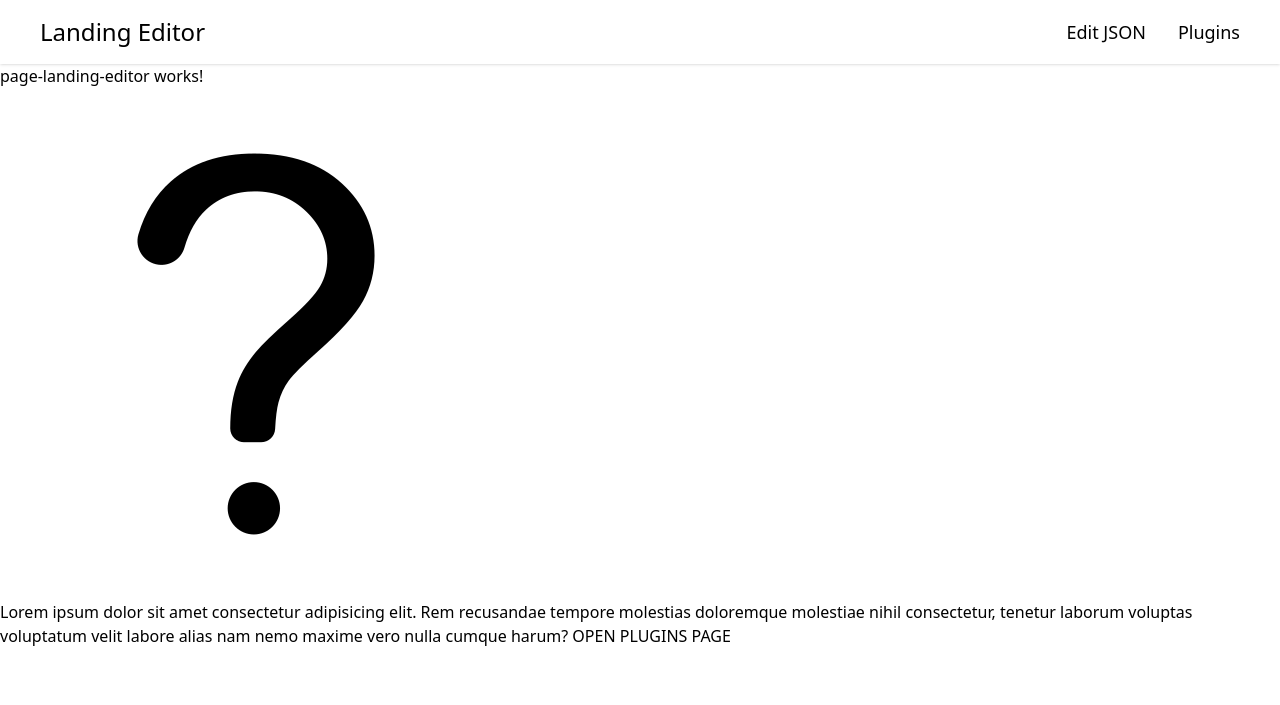
Repository: ShumilovMikhail/plugins-app
Page: / (app in app/frontend/)
An editor plug-in stored every save of this project. The page is shown before and after the next save, followed by the edit.
The browser window is 1280 px wide. The pictures show the whole page.
The project was rebuilt for these pictures with package versions that can differ from the ones it lists, and the page was loaded fresh each time. Also part of the build but not shown: app/frontend/angular.json.

Above is the page before, as saved 2024-05-13 08:09:31.

### app/frontend/src/app/app.component.ts
import { Component } from '@angular/core';
import { RouterOutlet } from '@angular/router';

import { LayoutComponent } from './layout/layout/layout.component';

@Component({
  selector: 'app-root',
  standalone: true,
  imports: [RouterOutlet, LayoutComponent],
  templateUrl: './app.component.html',
})
export class AppComponent {
}

### app/frontend/src/app/app.routes.ts
import { Routes } from '@angular/router';

export const routes: Routes = [
  {
    path: '',
    pathMatch: 'full',
    redirectTo: 'editor'
  },
  {
    path: 'editor',
    loadComponent: () => import('./pages/page-landing-editor/page-landing-editor.component').then(c => c.PageLandingEditorComponent),
  }
];

### app/frontend/src/app/layout/layout/layout.component.ts
import { Component } from '@angular/core';

import { HeaderComponent } from '../header/header.component';

@Component({
  selector: 'app-layout',
  standalone: true,
  imports: [HeaderComponent],
  templateUrl: './layout.component.html',
})
export class LayoutComponent {

}

### app/frontend/src/app/pages/page-landing-editor/page-landing-editor.component.ts
import { Component } from '@angular/core';

@Component({
  selector: 'app-page-landing-editor',
  standalone: true,
  imports: [],
  templateUrl: './page-landing-editor.component.html',
})
export class PageLandingEditorComponent {

}

### app/frontend/src/app/layout/layout/layout.component.html
<div class="w-screen">
  <app-header></app-header>
  <ng-content></ng-content>
</div>

### app/frontend/src/app/layout/header/header.component.ts
import { Component, inject } from '@angular/core';
import { RouterLink } from '@angular/router';

import { HeaderService } from '../../services/header.service';

@Component({
  selector: 'app-header',
  standalone: true,
  imports: [RouterLink],
  templateUrl: './header.component.html',
})
export class HeaderComponent {
  protected readonly headerService = inject(HeaderService);
};

### app/frontend/src/app/pages/page-landing-editor/page-landing-editor.component.html
<p>page-landing-editor works!</p>
<img src="/assets/empty-page-question.png" alt="">
Lorem ipsum dolor sit amet consectetur adipisicing elit. Rem recusandae tempore molestias doloremque molestiae nihil
consectetur, tenetur laborum voluptas voluptatum velit labore alias nam nemo maxime vero nulla cumque harum?
OPEN PLUGINS PAGE

### app/frontend/src/app/layout/header/header.component.html
<div class="h-16 px-10 w-full shadow flex items-center justify-between">
  <span class="text-2xl flex-1">{{headerService.pageName()}}</span>
  <div class="flex gap-8">
    <a class="text-lg" routerLink="/editor/json">Edit JSON</a>
    <a class="text-lg" routerLink="/store">Plugins</a>
  </div>
</div>

### app/frontend/src/app/services/header.service.ts
import { Injectable, signal } from "@angular/core";

@Injectable({
  providedIn: 'root'
})
export class HeaderService {
  pageName = signal('Landing Editor');
};

Loaded but not shown: app/frontend/src/index.html (common file); app/frontend/src/styles.scss (common file); app/frontend/src/main.ts (common file); app/frontend/src/app/app.config.ts (common file); app/frontend/src/app/app.component.html (common file); app/frontend/tailwind.config.js (common file)

After the next save:
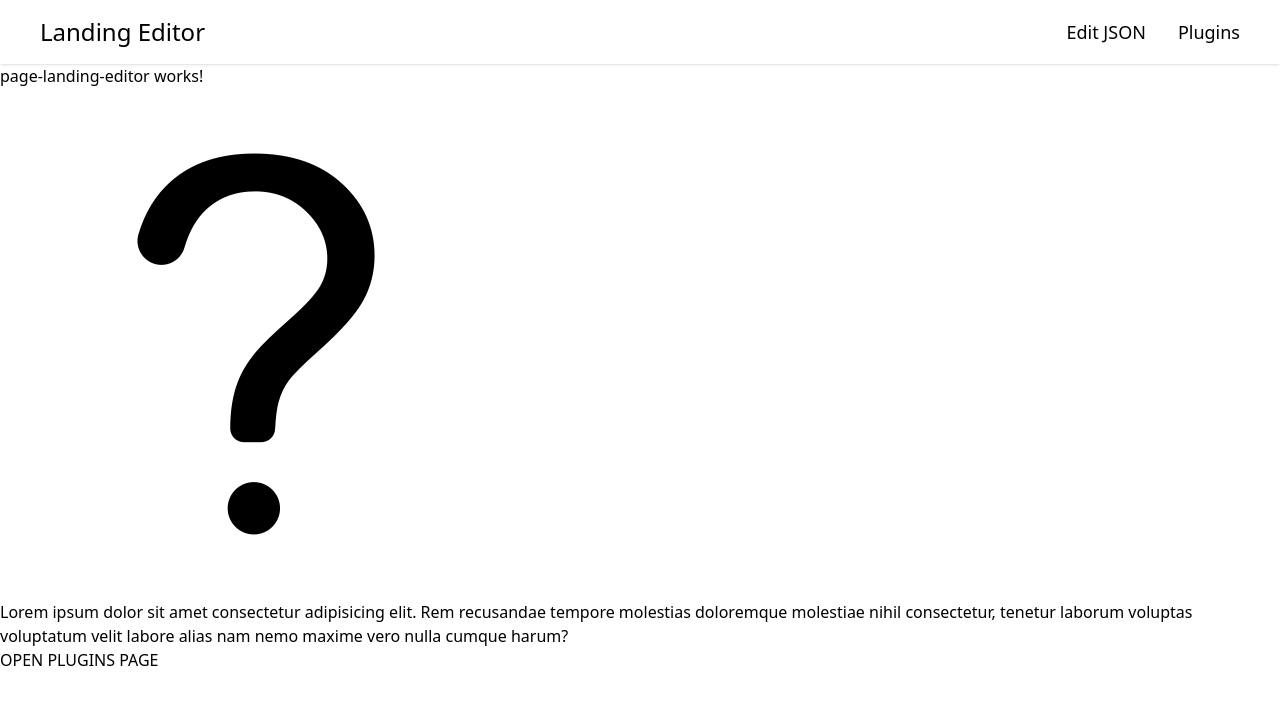
Saved 10 s later.
--- a/app/frontend/src/app/pages/page-landing-editor/page-landing-editor.component.html
+++ b/app/frontend/src/app/pages/page-landing-editor/page-landing-editor.component.html
@@ -1,5 +1,7 @@
 <p>page-landing-editor works!</p>
 <img src="/assets/empty-page-question.png" alt="">
-Lorem ipsum dolor sit amet consectetur adipisicing elit. Rem recusandae tempore molestias doloremque molestiae nihil
-consectetur, tenetur laborum voluptas voluptatum velit labore alias nam nemo maxime vero nulla cumque harum?
+<p>
+  Lorem ipsum dolor sit amet consectetur adipisicing elit. Rem recusandae tempore molestias doloremque molestiae nihil
+  consectetur, tenetur laborum voluptas voluptatum velit labore alias nam nemo maxime vero nulla cumque harum?
+</p>
 OPEN PLUGINS PAGE
